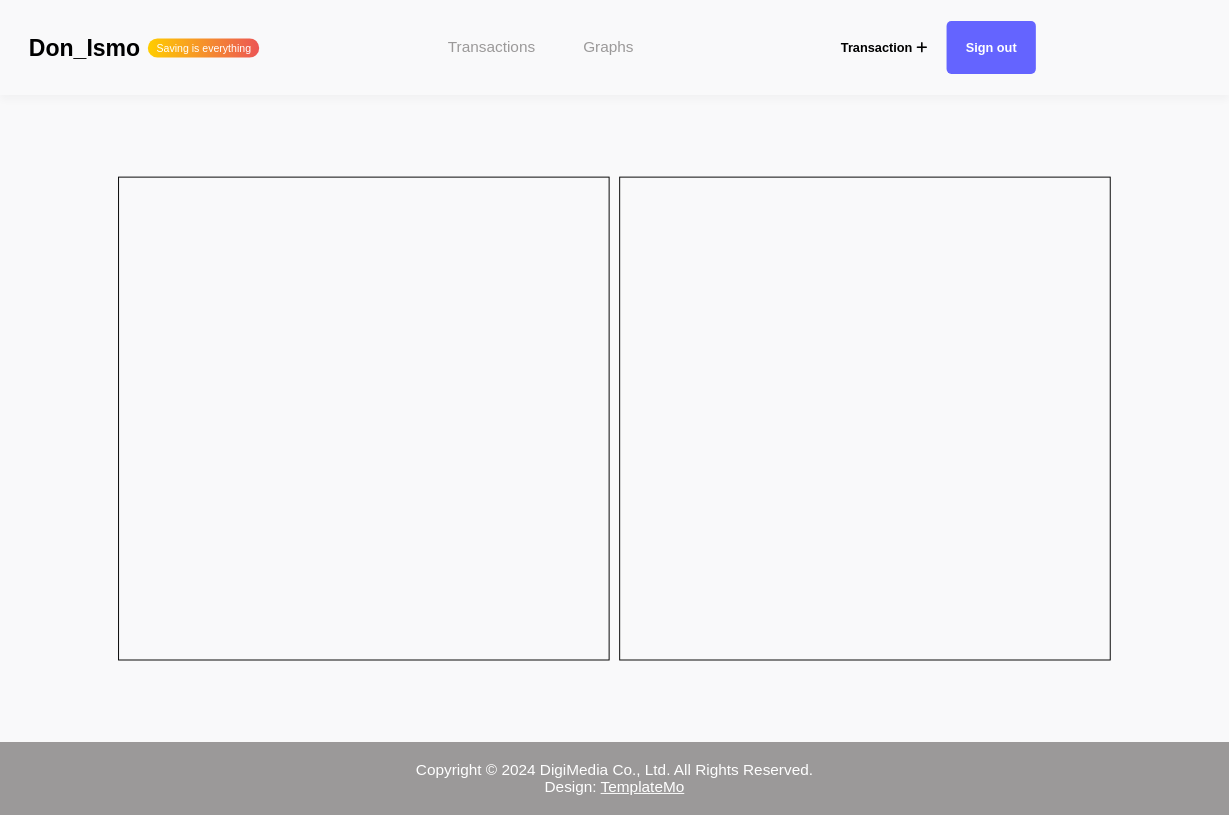
Repository: Ismail-ibr/pfa
Page: Dashboard/index.html
These files come from the project's save history. The page is drawn as it stood at one moment and after the next save; the edit follows.
The browser window is 1280 px wide. The pictures show the whole page, at 96% of full size.

Above is the page before, as saved 2024-05-20 14:19:40.
Console error: ReferenceError: closeButton is not defined

### Dashboard/index.html
<!DOCTYPE html>
<html lang="en">

<head>
    <meta charset="UTF-8">
    <meta name="viewport" content="width=device-width, initial-scale=1.0">
    <link rel="stylesheet" href="./style.css">
    <link rel="stylesheet" href="https://cdnjs.cloudflare.com/ajax/libs/font-awesome/6.5.2/css/all.min.css">
    <title>Document</title>
    <script defer src="./script.js"></script>
</head>

<body>

    <div class="main-div">
        <div class="nav">
            <div class="logo">
                <h2>Don_Ismo</h1>
                    <h4>Saving is everything</h4>
            </div>
            <div class="list">
                <ul>
                    <li><a href="#">Transactions</a></li>
                    <li><a href="#">Graphs</a></li>
                </ul>
            </div>
            <div class="nav-button">
                <h5 class="btn-1 open-button-2">Transaction<i class="fa-solid fa-plus"></i></h5>
                <h5 class="btn-2 open-button">Sign out</h5>
            </div>
            <div style='visibility: hidden' class="sideBar">
                <div>
                    <h1>Info client.</h1>
                    <ul>
                        <li>a</li>
                        <li>b</li>
                        <li>c</li>
                        <li>d</li>
                        <li>e</li>
                        <li>f</li>
                        <li>g</li>
                        <li>h</li>
                    </ul>
                </div>
            </div>
            <div class="main_box2" id="modal2">
                <h2>Adding Transaction</h2>
                <form method="POST">
                    <div class="user_box2">
                        <input type="text" name="" required>
                        <label>Transaction Name</label>
                    </div>
                    <div class="user_box2">
                        <input type="text" name="" required>
                        <label>Transaction Categorie</label>
                    </div>
                    <div class="user_box2">
                        <input type="text" name="" required>
                        <label>Ma3raftch chno akhor</label>
                    </div>
                    <div class="button_form2">
                        <a href="#" id="submit">Ajouter</a>
                    </div>
                </form>
            </div>
            <div id="over"></div>

            <div class="main_box" id="modal">
                <h2>Sign out</h2>
                <div class="user_box">
                    <h3>Are you sure you want to disconnect?</h3>
                </div>
                <div class="buttons_Sign_out">
                    <div class="button_form">
                        <a href="#" id="cancel">Cancel</a>
                    </div>
                    <div class="button_form">
                        <a href="#" id="submit">Disconnect</a>
                    </div>
                </div>
            </div>
            <div id="over"></div>
        </div>
        <div class="main-content">
            <div class="graphs">
                <div class="graph_categorie"></div>
                <div class="graph_date"></div>
            </div>
        </div>
        <footer>
            <div class="container">
                <div class="row">
                    <div class="col-lg-12">
                        <p>Copyright © 2024 DigiMedia Co., Ltd. All Rights Reserved.
                            <br>Design: <a href="https://templatemo.com" target="_parent"
                                title="free css templates">TemplateMo</a>
                        </p>
                    </div>
                </div>
            </div>
        </footer>
    </div>

</body>

</html>

### Dashboard/style.css
* {
  padding: 0;
  color: rgb(0, 0, 0);
  font-family: "Poppins", sans-serif;
  box-sizing: border-box;
}

body {
  background-color: #f9f9fa;
  margin: 0;
  padding: 0;
}

/*--         Design of the form Sign Up         --*/

.main_box {
  display: none;
}

.main_box,
.main_box2 {
  color: f2f4f9;
  position: fixed;
  top: 50%;
  left: 50%;
  transform: translate(-50%, -50%) scale(0);
  display: flex;
  flex-direction: column;
  align-items: center;
  justify-content: center;
  z-index: 10;
  transition: 200ms ease-in-out;
  width: 400px;
  padding: 40px;
  /* transform: translate(-50%, -50%); */
  background-color: whitesmoke;
  box-shadow: 0px 0px 10px white;
  border-radius: 10px;
}
.main_box h2,
.main_box2 h2 {
  font-family: "Poppins", sans-serif;
  font-size: 40px;
  margin: 0 0 30px;
  padding: 0;
  text-align: center;
  cursor: pointer;
}

.main_box2 .user_box2 input {
  position: relative;
  width: 100%;
  padding: 10px;
  font-size: 16px;
  margin-bottom: 30px;
  border: none;
  outline: none;
  border-bottom: black solid 2px;
  background-color: transparent;
}

.main_box2 .user_box2 label {
  position: relative;
  left: 0;
  top: -60px;
  padding: 10px 0;
  pointer-events: none;
  transition: 0.5s;
}

.main_box2 .user_box2 :focus ~ label,
.main_box2 .user_box2 :valid ~ label {
  top: -85px;
  font-size: 13px;
  left: 0;
}
.button_form,
.button_form2 {
  display: flex;
  flex-direction: row;
  justify-content: end;
  align-content: center;
}

.button_form :first-child,
.button_form2 :first-child {
  text-decoration: none;
  color: black;
  padding: 20px 30px;
  border: 2px solid black;
}
.button_form :first-child:hover,
.button_form2 :first-child:hover {
  background-color: black;
  color: white;
  transition: 0.5s;
}

.main_box.active,
.main_box2.active {
  transform: translate(-50%, -50%) scale(1);
}

.main_box h3 {
  text-align: center;
}

#over {
  position: fixed;
  top: 0;
  left: 0;
  bottom: 0;
  right: 0;
  background-color: hsl(0, 0%, 0%, 0.5);
  opacity: 0;
  pointer-events: none;
  transition: 200ms ease-in-out;
}

#over.active {
  pointer-events: all;
  opacity: 1;
}

.nav {
  display: flex;
  padding: 0 30px;
  justify-content: space-between;
  align-items: center;
  box-shadow: 0px 5px 8px rgba(0, 0, 0, 0.03);
}

.logo {
  display: flex;
  justify-content: center;
  align-items: center;
}

.logo h4 {
  color: white;
  background: linear-gradient(
    90deg,
    rgba(255, 205, 0, 1) 0%,
    rgba(236, 84, 84, 0.9921218487394958) 100%
  );
  font-size: 11px;
  padding: 4px 9px;
  margin-left: 8px;
  border-radius: 50px;
  cursor: pointer;
  font-weight: 100;
}

.list ul {
  display: flex;
  list-style: none;
  align-items: center;
  justify-content: center;
}

.list li {
  margin: 0px 25px;
}

.list a {
  text-decoration: none;
  color: rgb(155, 153, 153);
}

.list a::after {
  content: "";
  display: block;
  width: 0%;
  height: 2px;
  background-color: rgb(155, 153, 153);
  transition: 0.4s;
}

.list a:hover::after {
  content: "";
  width: 100%;
  display: block;
  height: 2px;
  background: rgb(155, 153, 153);
  transition: 0.4s;
}

.nav-button {
  display: flex;
  align-items: center;
  justify-content: center;
}

.nav-button h5 {
  cursor: pointer;
}

.btn-1 {
  margin: 0px 20px;
  color: black;
}

.btn-1 i {
  margin-left: 4px;
}

.btn-2 {
  color: white;
  padding: 20px;
  background: rgb(100, 100, 255);
  border-radius: 5px;
}

.main-content {
  display: flex;
  justify-content: center;
  align-items: center;
  margin: 80px 0;
  text-align: center;
}

.main-div {
  height: 100vh;
  margin: 0px;
  position: relative;
}

.buttons_Sign_out {
  display: flex;
  flex-direction: row;
  align-items: center;
  justify-content: space-between;
}

.graphs {
  height: auto;
  display: flex;
  flex-wrap: wrap;
  align-items: center;
  justify-content: center;
}

.graphs div {
  width: 40vw;
  height: 70vh;
  margin: 5px;
  border: solid 1px black;
}

.sideBar div {
  height: 100vh;
  width: 30vw;
  border: solid black 5px;
  transition: ease 0.3s all;
  position: absolute;
  z-index: 3;
  top: 0;
  right: 0;
  bottom: 0;
  background: white;
}

.sideBar li {
  margin: 0px 20px;
}

.sideBar.active {
  transform: translate(-50%, -50%) scale(1);
}

/*---------------footer-----------------*/
footer {
  background: rgb(155, 153, 153);
  padding: 5px 0px;
  position: relative;
  bottom: 0;
  width: 100vw;
}

footer p {
  text-align: center;
  margin: 15px 0px;
  color: #fff;
}

footer p a {
  color: #fff;
  transition: all 0.5s;
}
/*---------------footer-----------------*/

### Dashboard/script.js
const openButton = document.querySelector(" .open-button");
const openButton2 = document.querySelector(" .open-button-2");
const sideBar = document.querySelector(" .sideBar");

const over = document.getElementById("over");
const modal = document.querySelector(" .main_box");
const modal2 = document.querySelector(" .main_box2");

const button_close = document.getElementById("cancel");

// openButton.addEventListener("click", () => {
//   openModal(modal);
// });

openButton.addEventListener("click", () => {
  sideBar.style = "visibility";
});

openButton2.addEventListener("click", () => {
  openModal(modal2);
});

function openModal(modalElement) {
  if (modalElement == null) return;
  modalElement.classList.add("active");
  over.classList.add("active");
}

over.addEventListener("click", () => {
  closeModal();
});

button_close.addEventListener("click", () => {
  closeModal();
});

closeButton.addEventListener("click", () => {
  closeModal();
});

function closeModal() {
  if (modal == null) return;
  modal.classList.remove("active");
  modal2.classList.remove("active");
  over.classList.remove("active");
  sideBar.classList.remove("active");
  sideBar.style = "none";
}

After the next save:
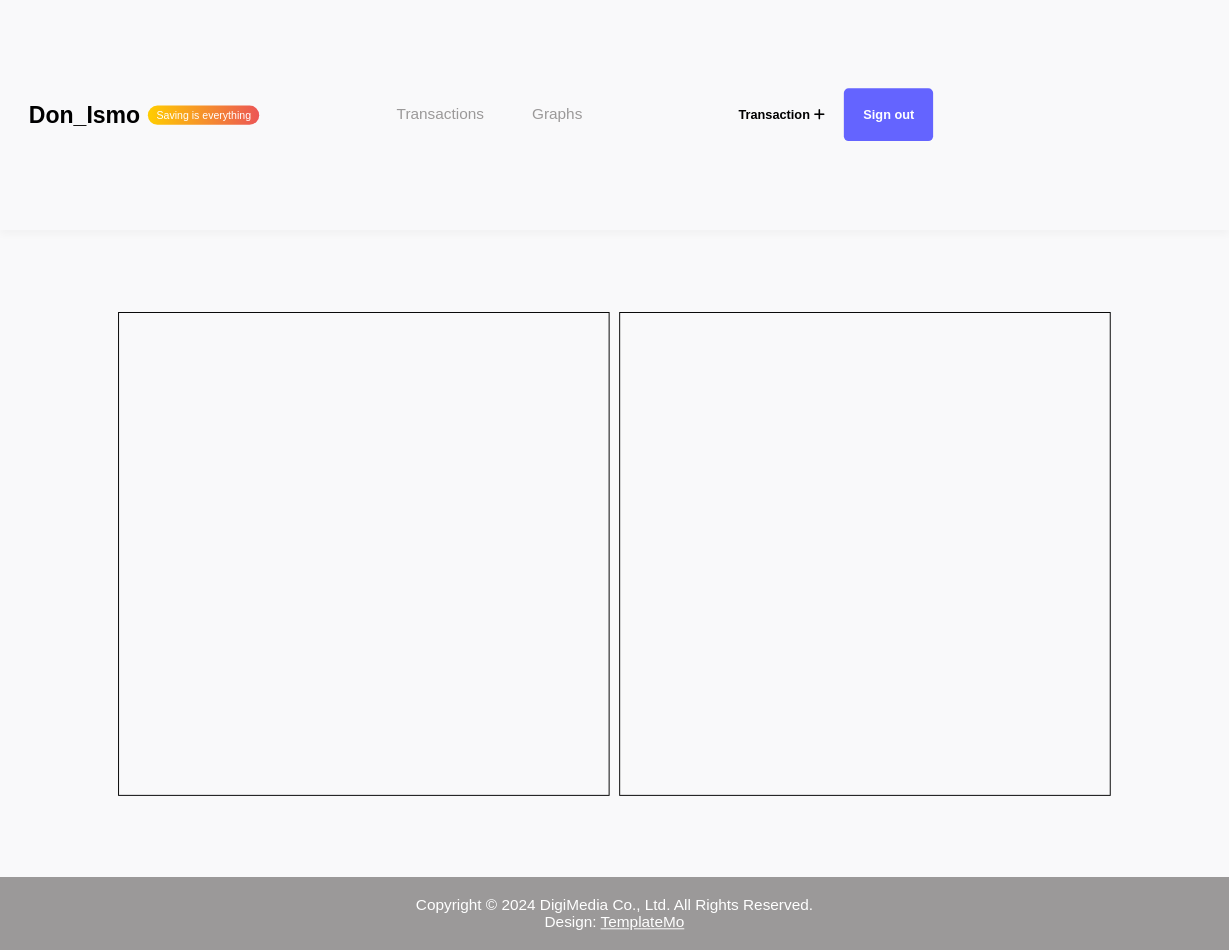
Saved 23 s later.
--- a/Dashboard/index.html
+++ b/Dashboard/index.html
@@ -29,19 +29,17 @@
                 <h5 class="btn-2 open-button">Sign out</h5>
             </div>
             <div style='visibility: hidden' class="sideBar">
-                <div>
-                    <h1>Info client.</h1>
-                    <ul>
-                        <li>a</li>
-                        <li>b</li>
-                        <li>c</li>
-                        <li>d</li>
-                        <li>e</li>
-                        <li>f</li>
-                        <li>g</li>
-                        <li>h</li>
-                    </ul>
-                </div>
+                <h1>Info client.</h1>
+                <ul>
+                    <li>a</li>
+                    <li>b</li>
+                    <li>c</li>
+                    <li>d</li>
+                    <li>e</li>
+                    <li>f</li>
+                    <li>g</li>
+                    <li>h</li>
+                </ul>
             </div>
             <div class="main_box2" id="modal2">
                 <h2>Adding Transaction</h2>
